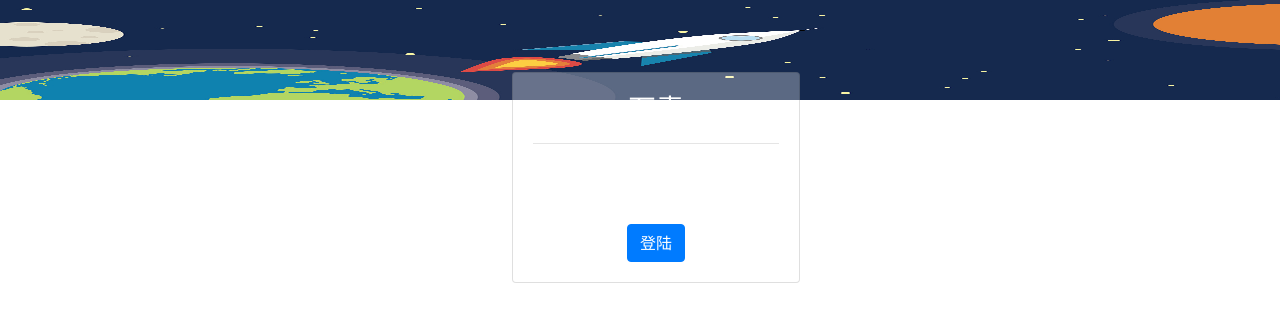
Repository: sqsssq/JavaWeb
Page: class1/IDEA/web/login.html
The author's editor kept a copy of each file at every save. The page is drawn from the files as they stood at one save, then again after the next save.
The browser window is 1280 px wide. The pictures show the whole page.

Above is the page before, as saved 2020-09-23 19:40:16.

### class1/IDEA/web/login.html
<!--
 * @Author: your name
 * @Date: 2020-09-23 09:38:36
 * @LastEditTime: 2020-09-23 19:40:16
 * @LastEditors: Please set LastEditors
 * @Description: In User Settings Edit
 * @FilePath: \IDEA\web\login.html
-->
<!DOCTYPE html>
<html lang="en">
<head>
    <meta charset="UTF-8">
    <!-- <meta name="viewport" content="width=device-width, initial-scale=1, shrink-to-fit=no"> -->
    <link rel="stylesheet" href="https://cdn.jsdelivr.net/npm/bootstrap@4.5.0/dist/css/bootstrap.min.css" integrity="sha384-9aIt2nRpC12Uk9gS9baDl411NQApFmC26EwAOH8WgZl5MYYxFfc+NcPb1dKGj7Sk" crossorigin="anonymous">
    <script src="https://cdn.jsdelivr.net/npm/jquery@3.5.1/dist/jquery.slim.min.js" integrity="sha384-DfXdz2htPH0lsSSs5nCTpuj/zy4C+OGpamoFVy38MVBnE+IbbVYUew+OrCXaRkfj" crossorigin="anonymous"></script>
    <script src="https://cdn.jsdelivr.net/npm/popper.js@1.16.0/dist/umd/popper.min.js" integrity="sha384-Q6E9RHvbIyZFJoft+2mJbHaEWldlvI9IOYy5n3zV9zzTtmI3UksdQRVvoxMfooAo" crossorigin="anonymous"></script>
    <script src="https://cdn.jsdelivr.net/npm/bootstrap@4.5.0/dist/js/bootstrap.min.js" integrity="sha384-OgVRvuATP1z7JjHLkuOU7Xw704+h835Lr+6QL9UvYjZE3Ipu6Tp75j7Bh/kR0JKI" crossorigin="anonymous"></script>
    <title>Title</title>
    <style>
        body {
            height: 100px;
            background-image: url("./img/bcg1.jpg");
            background-repeat: no-repeat;
            background-size: 100% 100%;
            background-position: center center;
        }
    </style>
</head>
<body>
<div class="container">
    <div class="card" style="width: 18rem; position:absolute; left: 40%; float: left; top: 10%; background: rgba(255, 255, 255, 0.3);">
        <div class="card-body" style="text-align: center; opacity: 100%;">
            <h3 class="card-title" style="color: white;">石青</h3>
            <hr>
            <p class="card-text" style="color: white;">180110910823<br>18软件工程2班<br></p>
            <a href="login.html" class="btn btn-primary">登陆</a>
        </div>
    </div>
</div>
</body>
</html>

After the next save:
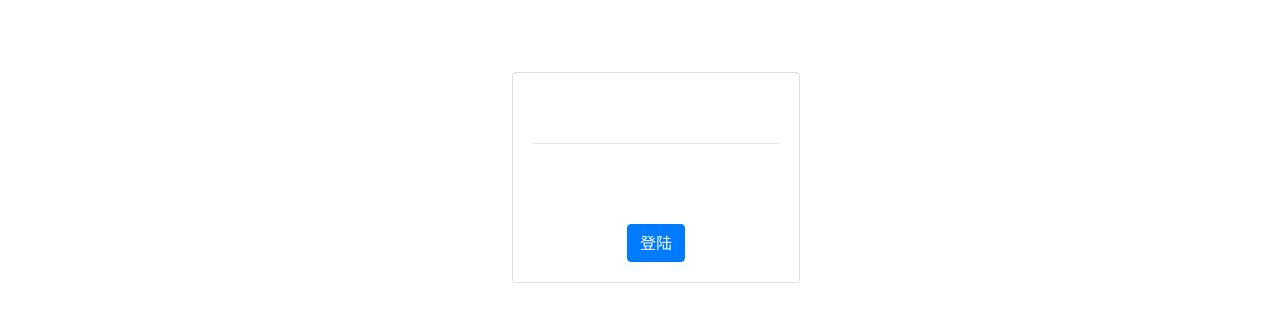
Saved 7 s later.
--- a/class1/IDEA/web/login.html
+++ b/class1/IDEA/web/login.html
@@ -18,7 +18,7 @@
     <title>Title</title>
     <style>
         body {
-            height: 100px;
+            /* height: 100px; */
             background-image: url("./img/bcg1.jpg");
             background-repeat: no-repeat;
             background-size: 100% 100%;
